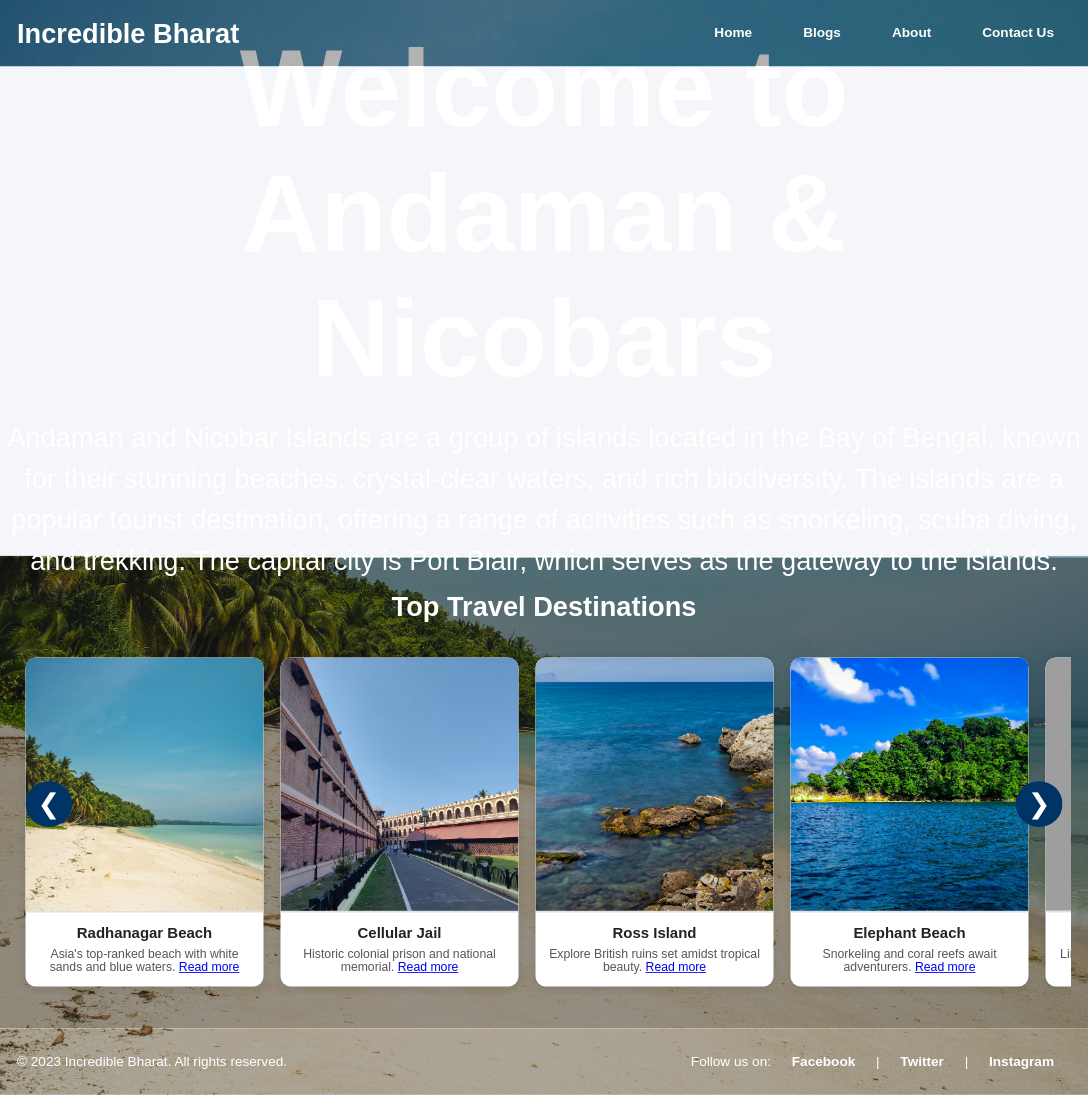
Repository: jaidhiman111/incrediblebharat
Page: destinations/Andaman-Nicobar/Andaman&Nicobar.html
An editor plug-in stored every save of this project. The page is shown before and after the next save, followed by the edit.
The browser window is 1280 px wide. The pictures show the whole page, at 85% of full size.
Pictures or frames that could not be fetched are drawn as grey boxes.

Above is the page before, as saved 2025-05-02 23:09:12.

After the next save:
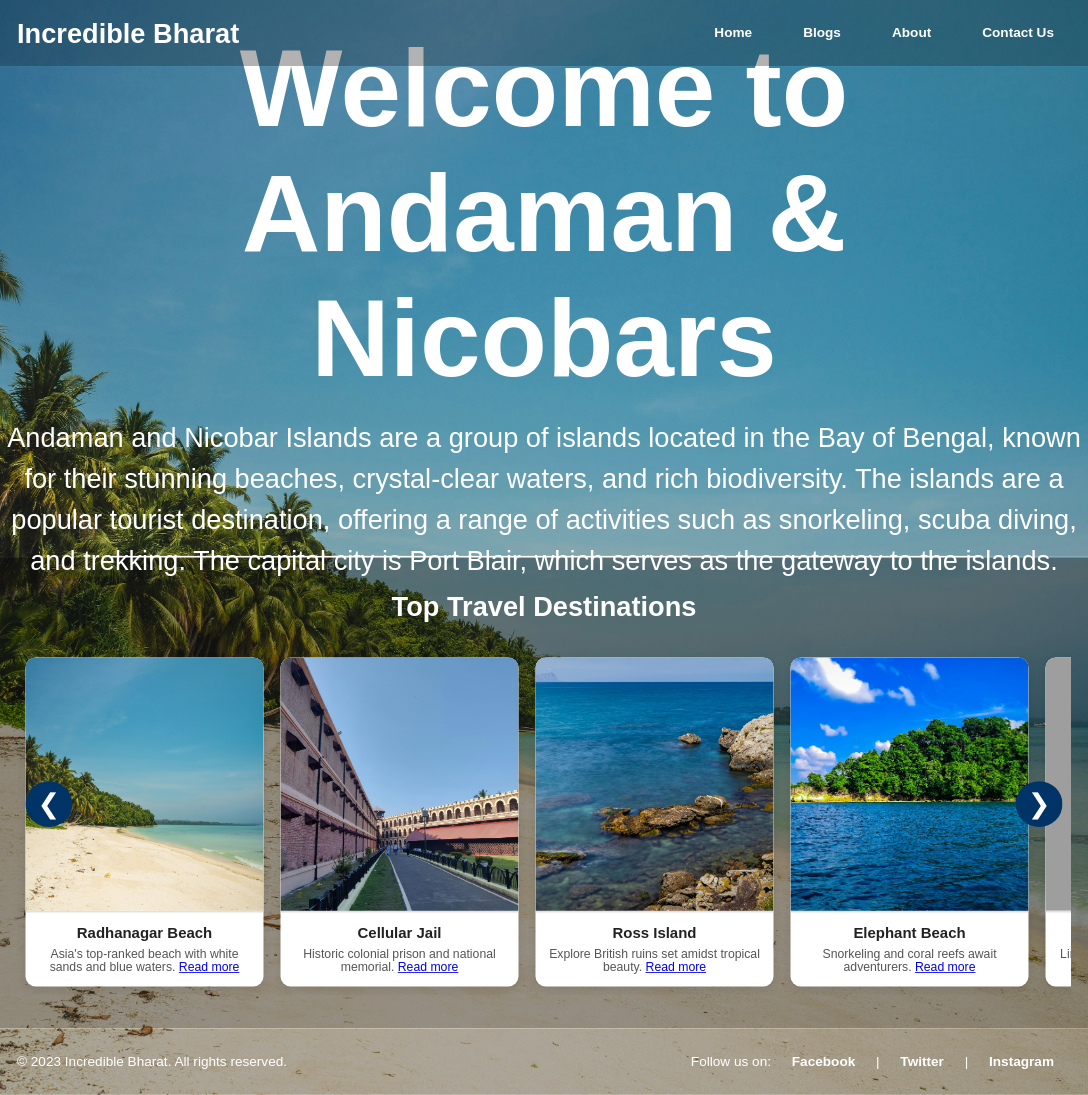
Saved 54 s later.
--- a/assets/style.css
+++ b/assets/style.css
@@ -350,69 +350,37 @@ hr {
     cursor: pointer;
   }
 
-/* Blog Post Styling */
-.blog-post {
-  width: 100%;
-  margin: 40px auto;
-  font-family: 'Segoe UI', sans-serif;
-  line-height: 1.6;
-  background: #f8f9fa; /* Light gray background for subtle contrast */
-  padding: 24px;
-  border-radius: 12px;
-  box-shadow: 0 0 12px rgba(0, 0, 0, 0.1);
-  scroll-behavior: smooth;
-  color: #333; /* Dark text color for readability */
-}
-
-/* Post Image Styling */
+  .blog-post {
+    width: 100%;
+    margin: 40px auto;
+    font-family: 'Segoe UI', sans-serif;
+    line-height: 1.6;
+    background: #fff;
+    padding: 24px;
+    border-radius: 12px;
+    box-shadow: 0 0 12px rgba(0, 0, 0, 0.1);
+    scroll-behavior: smooth;
+}
+
 .post-image {
-  width: 100%;
-  max-height: 400px;
-  object-fit: cover;
-  border-radius: 8px;
-  border: 2px solid #e0e0e0; /* Soft border around the image */
-}
-
-/* Title Styling */
+    width: 100%;
+    max-height: 400px;
+    object-fit: cover;
+    border-radius: 8px;
+}
+
 .blog-post h1 {
-  font-size: 3rem; /* Smaller font size for better layout */
-  color: #2c3e50; /* Dark blue-gray for a sophisticated look */
-  margin-top: 10px;
-  font-weight: 700; /* Bold title for emphasis */
-}
-
-/* Subtitle Styling */
+  font-size: 5rem;
+    color: #111;
+    margin-top: 10px;
+}
+
 .blog-post h2 {
-  margin-top: 30px;
-  color: #2980b9; /* Soft blue for the subtitle, giving a professional look */
-  font-weight: 600;
-}
-
-/* Blog Text Styling */
+    margin-top: 30px;
+    color: #000;
+}
+
 .blog-text {
-  color: #555; /* Darker gray text for improved readability */
-  margin-top: 10px;
-  font-size: 1.125rem; /* Slightly larger font for body text */
-}
-
-/* Links Inside the Blog Post */
-.blog-text a {
-  color: #2980b9; /* Consistent link color with the subtitle */
-  text-decoration: none;
-  font-weight: 500;
-}
-
-.blog-text a:hover {
-  text-decoration: underline; /* Adds underline on hover for better UX */
-}
-
-/* Overall Section Styling */
-section {
-  background-color: #f4f6f9; /* Very light gray background for the whole section */
-}
-
-/* Additional Styling for Better Readability */
-.blog-post h1, .blog-post h2, .blog-text {
-  margin-left: 15px;
-  margin-right: 15px;
-}
+    color: #444;
+    margin-top: 10px;
+}
